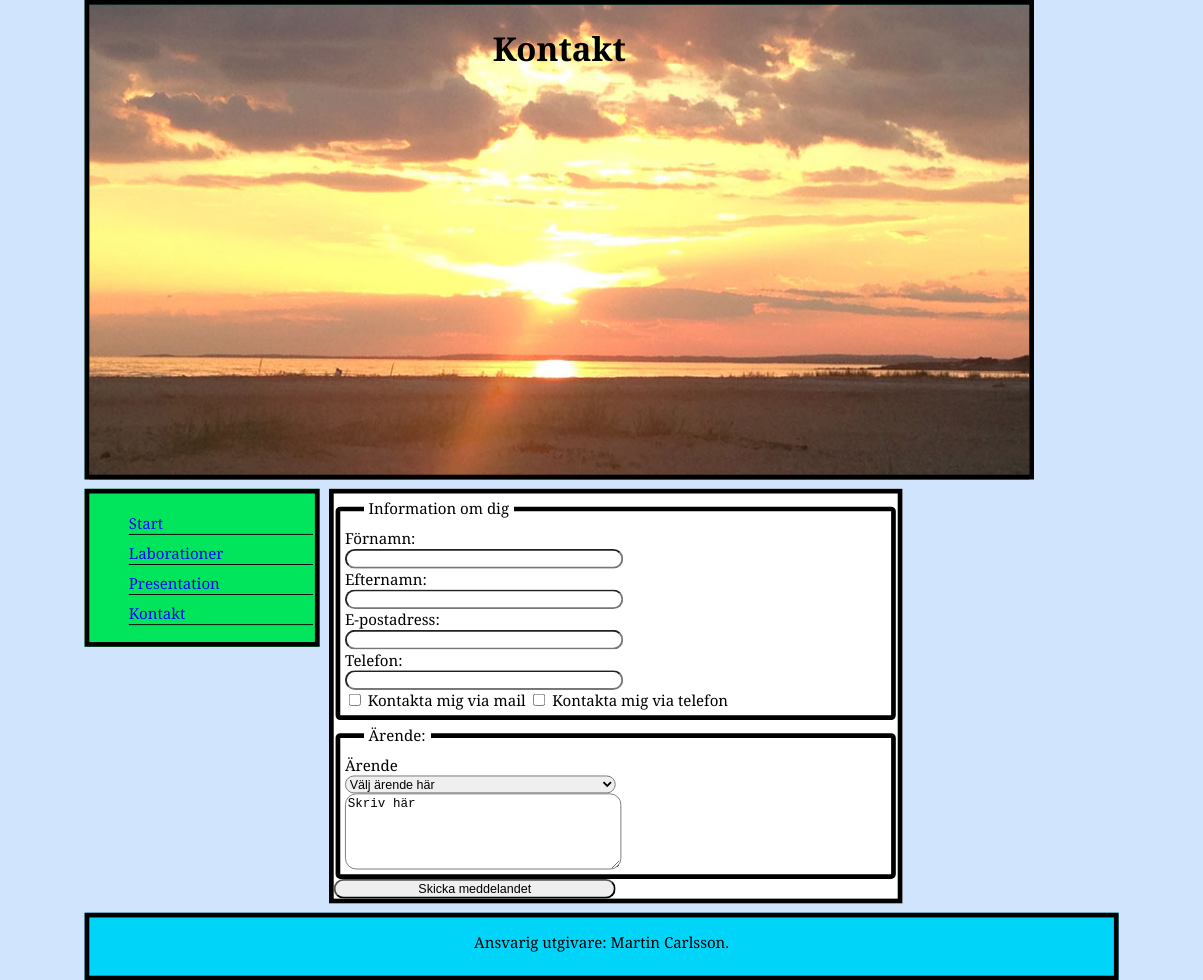
Repository: Martin-Carlsson85/HTML-och-CSS
Page: pages/kontakt.html
The author's editor kept a record of every edit. The page is drawn from the files as they stood at one moment, then again after the next edit.
The browser window is 1280 px wide. The pictures show the whole page, at 94% of full size.

Above is the page before.

After the next edit:
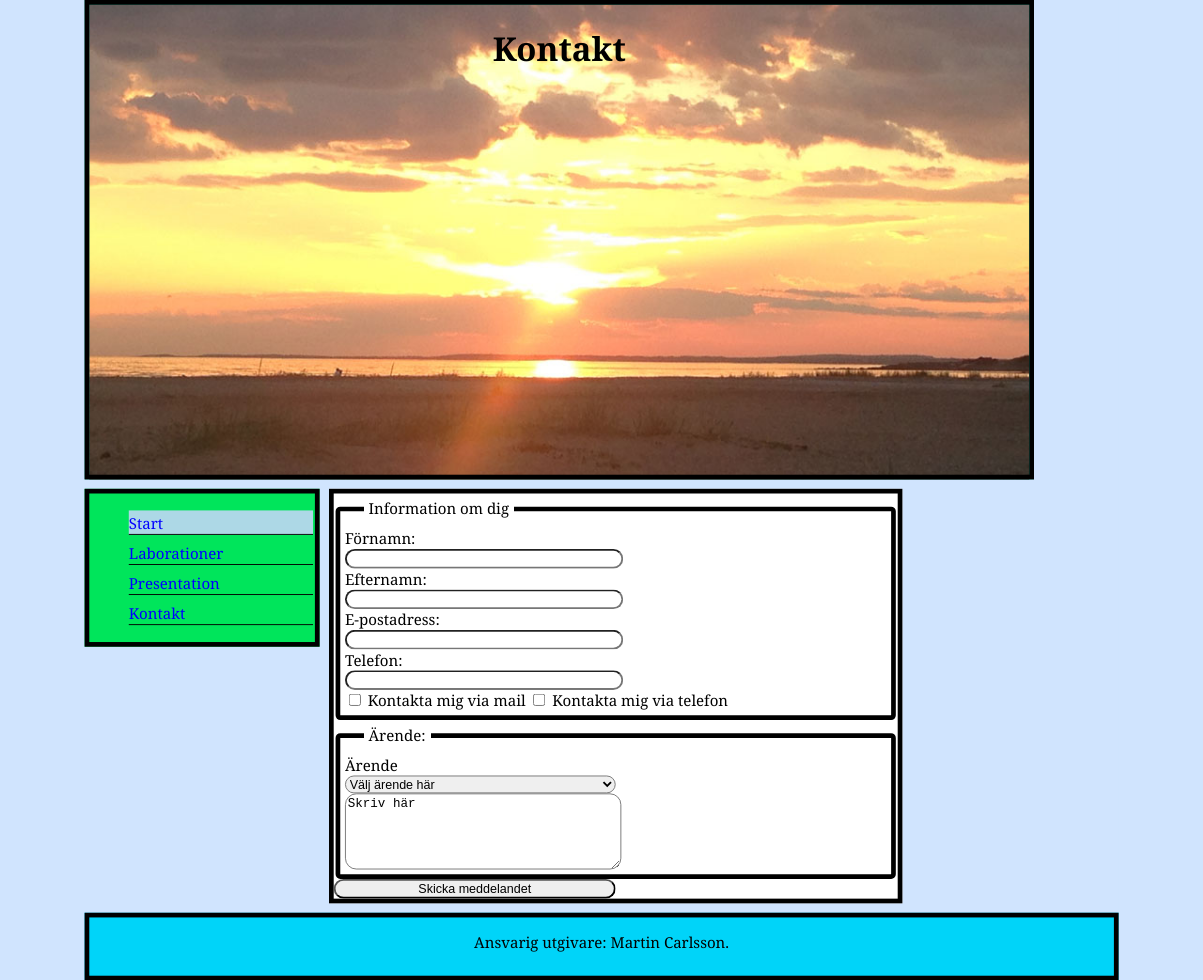
The edit:
--- a/pages/kontakt.html
+++ b/pages/kontakt.html
@@ -20,7 +20,7 @@
          <div class="navigation">
 
         <ul>
-            <li><a href="../index.html">Start</a></li>
+            <li><a href="../index.html" class="active">Start</a></li>
 
             <li><a href="laborationer.html">Laborationer</a></li>
 
